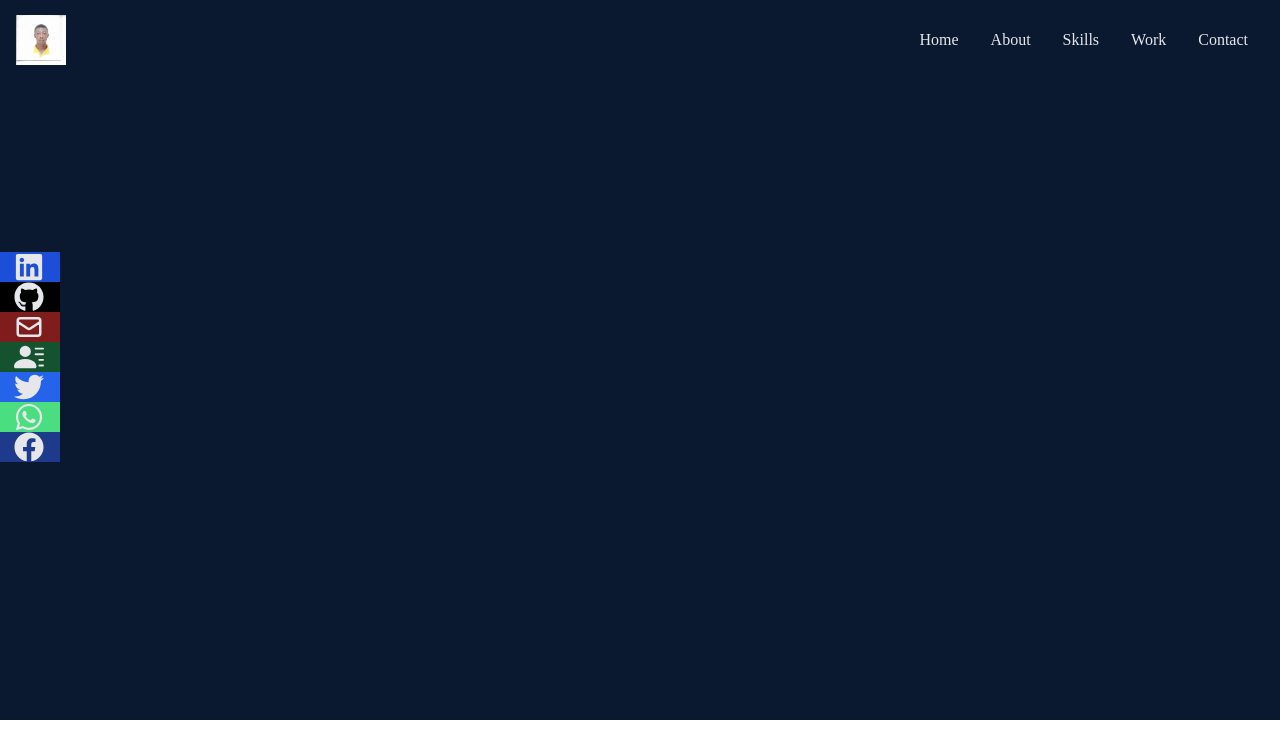
Repository: AngusOnyebuchi/Dashboard
Page: /
The author's editor kept a copy of each file at every save. The page is drawn from the files as they stood at one save, then again after the next save.
The browser window is 1280 px wide. The pictures show the whole page.
The project was rebuilt for these pictures with package versions that can differ from the ones it lists, and the page was loaded fresh each time.

Above is the page before, as saved 2022-04-13 21:56:59.

After the next save:
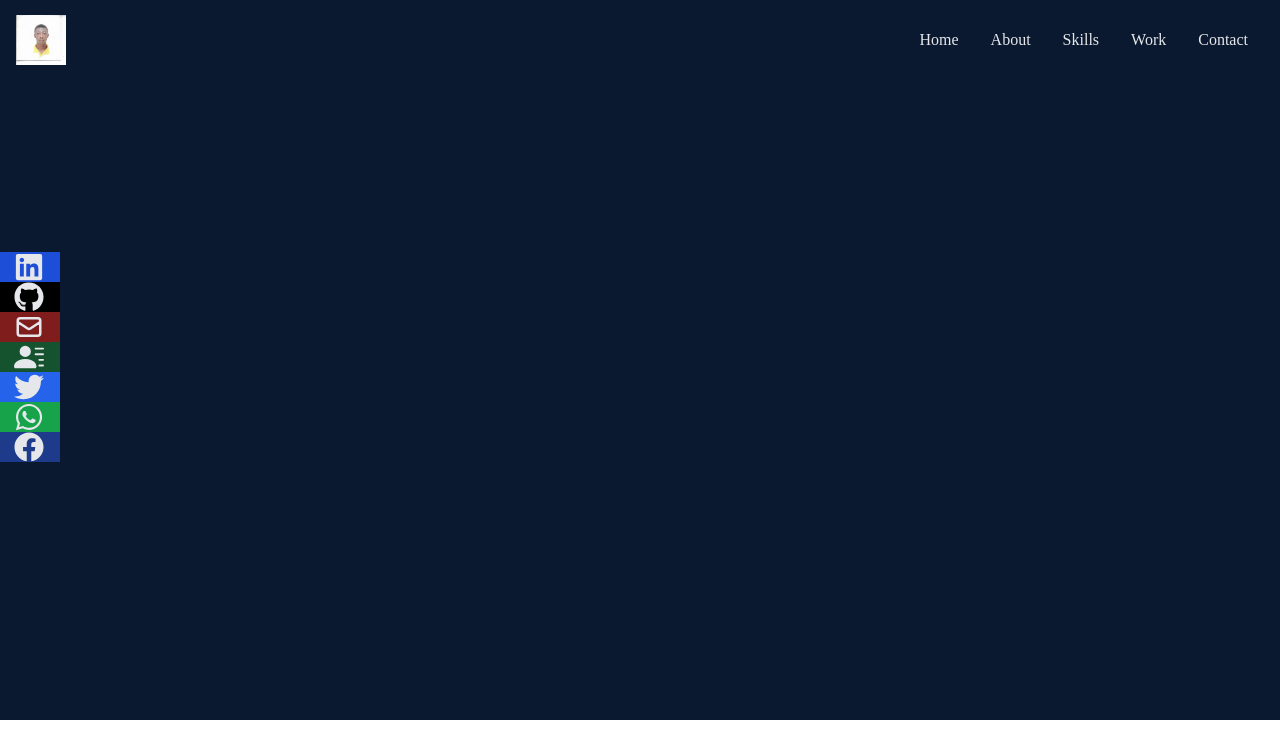
Saved 8 s later.
--- a/src/components/NavBar.js
+++ b/src/components/NavBar.js
@@ -77,7 +77,7 @@ export default function NavBar() {
              </a>
            </li>
 
-           <li className="w-[160px] h-60px flex justify-between items-center ml-[-100px] hover:ml-[-10px] duration-300 bg-green-400">
+           <li className="w-[160px] h-60px flex justify-between items-center ml-[-100px] hover:ml-[-10px] duration-300 bg-green-600">
              <a className="flex justify-between items-center w-full text-gray-200 "
                 href="/">
                Whatsapp <FaWhatsapp size={30}/>
